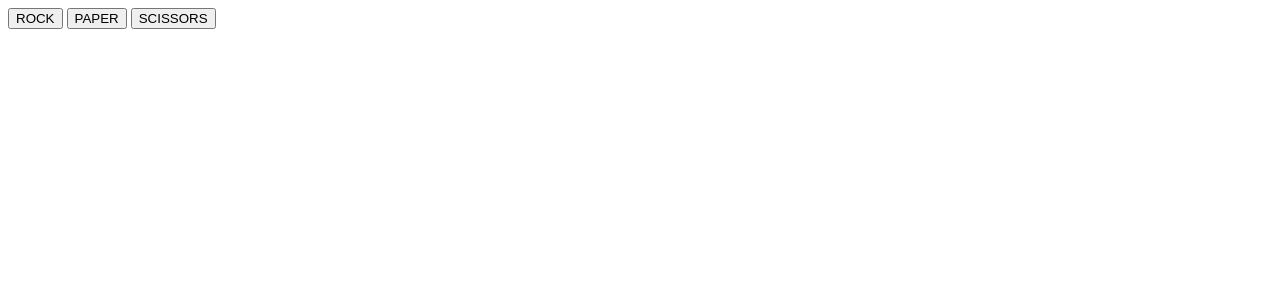
Repository: z1youRA/rock_paper_scissors
Page: index.html
The author's editor kept a copy of each file at every save. The page is drawn from the files as they stood at one save, then again after the next save.
The browser window is 1280 px wide. The pictures show the whole page.
After loading, the first visible `button` was clicked once.

Above is the page before, as saved 2021-12-14 14:02:24.
Console error: TypeError: Assignment to constant variable.

### index.html
<!DOCTYPE html>
<html lang="en">
<head>
    <meta charset="UTF-8">
    <meta http-equiv="X-UA-Compatible" content="IE=edge">
    <meta name="viewport" content="width=device-width, initial-scale=1.0">
    <title>ROCK PAPER SCISSORS</title>

</head>
<body>
    <div class="container">
        <button>ROCK</button>
        <button>PAPER</button>
        <button>SCISSORS</button>
    </div>
</body>
<script src="rockpaperscissors.js">
</script>
</html>

### rockpaperscissors.js
const arr = ["rock", "paper", "scissors"];

function computerPlay(){
    const randomNumber = Math.floor(Math.random() * 3);
    return arr[randomNumber];
}

function playround(playerSelection, computerSelection){
    playerSelection = playerSelection.toLowerCase();
    const result = 0;
    const div = document.createElement('div');
    const container = document.querySelector('.container');
    if(playerSelection == computerSelection) {
        div.textContent = "That's a draw! You both selected" + playerSelection;
        result = 0;
    }
    else if((playerSelection == "rock" && computerSelection == "paper") || (playerSelection == "paper" && computerSelection == "scissors") || (playerSelection == "scissors" && computerSelection == "rock")) {
        div.textContent = "You lose! " + playerSelection + " loses to " + computerSelection;
        result = -1;
    }
    else if((computerSelection == "rock" && playerSelection == "paper") || (computerSelection == "paper" && playerSelection == "scissors") || (computerSelection == "scissors" && playerSelection == "rock")) {
        div.textContent ="You win!" + playerSelection + " beats " + computerSelection;
        result = 1;
    }
    else console.error("Invalid Input!");
    container.appendChild(div);
    return result;
}

//Get input from user for 5 times and make the computer pick a random choice and then compete.
function game() {
    let winTimes = 0;
    let result = 0;
    for(let i = 0; i < 5; i++){
        playerSelection = prompt("Make your choice from rock, paper and scissors:");
        result = playround(playerSelection, computerPlay())
        if(result == 1) {
            winTimes++;
        }
        else if(result == -1) {
            winTimes--;
        }
    }
    if(winTimes > 0) {
        console.log("Yes, you win!");
    }
    else if(winTimes < 0) {
        console.log("Sorry, you lose!");
    }
    else {
        console.log("That's a draw, try again.");
    }
}

// game();

const buttons = Array.from(document.querySelectorAll('button'));
buttons.forEach(button => {
    button.addEventListener('click', () => playround(button.textContent, computerPlay()));
});

After the next save:
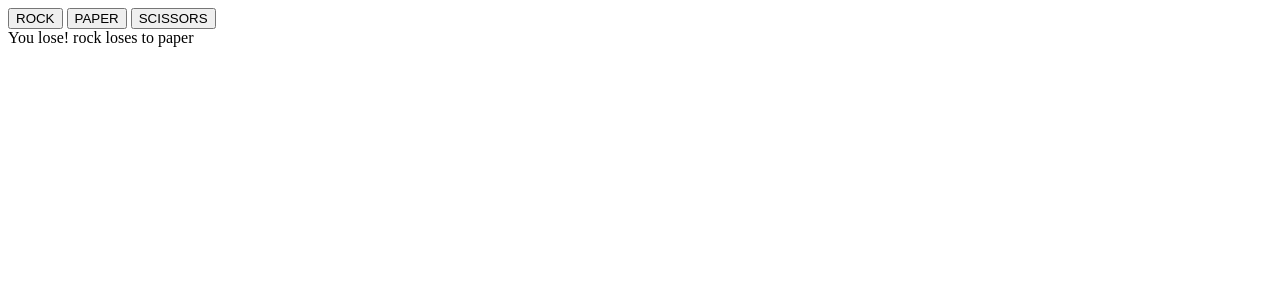
The error is gone.
Saved 16 s later.
--- a/rockpaperscissors.js
+++ b/rockpaperscissors.js
@@ -7,7 +7,7 @@
 
 function playround(playerSelection, computerSelection){
     playerSelection = playerSelection.toLowerCase();
-    const result = 0;
+    let result = 0;
     const div = document.createElement('div');
     const container = document.querySelector('.container');
     if(playerSelection == computerSelection) {
